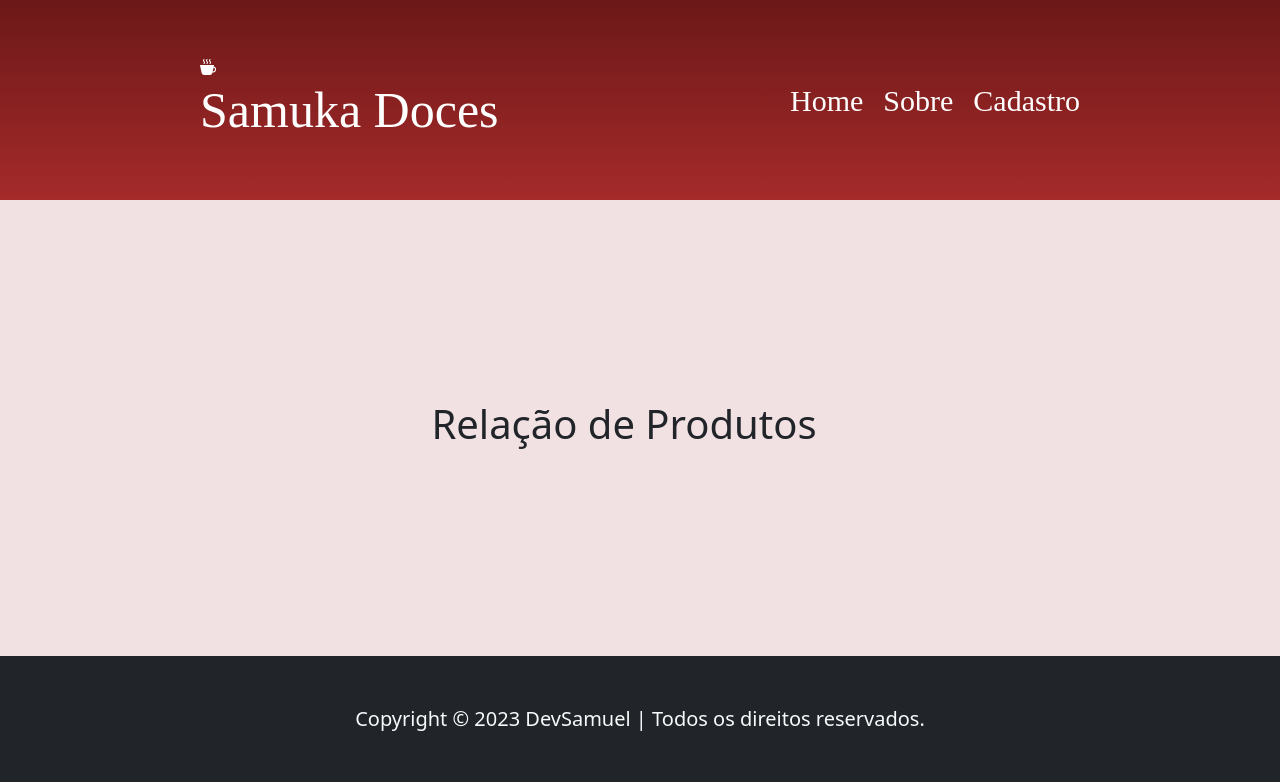
Repository: devsamuel23/github.io-doces_GIT
Page: /
An editor plug-in stored every save of this project. The page is shown before and after a run of saves, followed by the edit.
The browser window is 1280 px wide. The pictures show the whole page.
The page's requests for data from a server got no answer. The project was rebuilt for these pictures with package versions that can differ from the ones it lists, and the page was loaded fresh each time. No one was signed in, and anything a server would have sent is missing. Also part of the build but not shown: src/index.css, src/pages/Home/styles.css, src/pages/Sobre/index.js, src/pages/Cadastro/style.css, src/pages/Cadastro/index.js, src/pages/Erro/style.css, src/pages/Erro/index.js, src/pages/Produto/index.js.

Above is the page before, as saved 2023-04-14 21:34:26.

### public/index.html
<!DOCTYPE html>
<html lang="pt-br">
  <head>
    <meta charset="utf-8" />
    <link rel="icon" href="http://gg.gg/doceee" />
    <meta name="viewport" content="width=device-width, initial-scale=1" />


    <title>Samuka Doces</title>
  </head>
  <body>
    <noscript>You need to enable JavaScript to run this app.</noscript>
    <div id="root"></div>
  </body>
</html>

### src/index.js
import React from 'react';
import ReactDOM from 'react-dom/client';
import './index.css';
import App from './App';

const root = ReactDOM.createRoot(document.getElementById('root'));
root.render(

    <App />

);

### src/App.js
import RoutesApp from "./routes";


function App() {
  return (
          <RoutesApp />

  );
}

export default App;

### src/routes.js
import { BrowserRouter, Routes, Route } from "react-router-dom";

import Home from "./pages/Home";
import Sobre from "./pages/Sobre";
import Cadastro from "./pages/Cadastro";
import Erro from "./pages/Erro";
import Produto from "./pages/Produto";
import Vitrine from "./pages/Vitrine";
import Header from "./components/Header";
import Footer from "./components/Footer";

function RoutesApp() {
  return (
    <BrowserRouter>
      <Header />

      <Routes>
        <Route>
          {/* <Route path="/" element={<Home />} /> */}
          <Route path="/Sobre" element={<Sobre />} />
          <Route path="/" element={<Home />} />
          <Route path="/Cadastro" element={<Cadastro />} />
          <Route path="/Produto/:id" element={<Produto />} />


          <Route path="*" element={<Erro />} />
        </Route>
      </Routes>
      <Footer/>
    </BrowserRouter>
  );
}

export default RoutesApp;

### src/pages/Home/index.js
import React, { useEffect, useState } from "react";
import api from '../../services/api';
import './styles.css';

export default function Produtos() {
  const [produtos, setProdutos] = useState([]);

  useEffect(() => {
    api.get('/produtos')
       .then((response) => {
         console.log(response);
         setProdutos(response.data.slice(78, 86))
       })
      .catch((err) => {
        console.error("ops! ocorreu um erro : " + err);
      });
  }, []);

  return (
    <div className="produto-container">
      <h1>Relação de Produtos</h1>
      <ul>
        {produtos.map((produto) => (
          <li key={produto.id}>
            <b>Nome:</b> {produto.nome}<br />
            <b>Descrição:</b> {produto.descricao}<br />
            <b>Imagem:</b> {produto.imagem}<br />
            <img src={produto.imagem} alt={produto.nome} />
            <b>Preço:</b> {produto.preco}<br />
          </li>
        ))}
      </ul>
    </div>
  );
}

### src/components/Header/index.js
import { Link } from "react-router-dom";
import "./style.css";
import "bootstrap/dist/css/bootstrap.min.css";

function Header() {
  return (
    <header>
        <div className="logo">
      <svg
        xmlns="http://www.w3.org/2000/svg"
        width="16"
        height="16"
        fill="currentColor"
        className="bi bi-cup-hot-fill"
        viewBox="0 0 16 16"
      >
        <path
          fillRule="evenodd"
          d="M.5 6a.5.5 0 0 0-.488.608l1.652 7.434A2.5 2.5 0 0 0 4.104 16h5.792a2.5 2.5 0 0 0 2.44-1.958l.131-.59a3 3 0 0 0 1.3-5.854l.221-.99A.5.5 0 0 0 13.5 6H.5ZM13 12.5a2.01 2.01 0 0 1-.316-.025l.867-3.898A2.001 2.001 0 0 1 13 12.5Z"
        />
        <path d="m4.4.8-.003.004-.014.019a4.167 4.167 0 0 0-.204.31 2.327 2.327 0 0 0-.141.267c-.026.06-.034.092-.037.103v.004a.593.593 0 0 0 .091.248c.075.133.178.272.308.445l.01.012c.118.158.26.347.37.543.112.2.22.455.22.745 0 .188-.065.368-.119.494a3.31 3.31 0 0 1-.202.388 5.444 5.444 0 0 1-.253.382l-.018.025-.005.008-.002.002A.5.5 0 0 1 3.6 4.2l.003-.004.014-.019a4.149 4.149 0 0 0 .204-.31 2.06 2.06 0 0 0 .141-.267c.026-.06.034-.092.037-.103a.593.593 0 0 0-.09-.252A4.334 4.334 0 0 0 3.6 2.8l-.01-.012a5.099 5.099 0 0 1-.37-.543A1.53 1.53 0 0 1 3 1.5c0-.188.065-.368.119-.494.059-.138.134-.274.202-.388a5.446 5.446 0 0 1 .253-.382l.025-.035A.5.5 0 0 1 4.4.8Zm3 0-.003.004-.014.019a4.167 4.167 0 0 0-.204.31 2.327 2.327 0 0 0-.141.267c-.026.06-.034.092-.037.103v.004a.593.593 0 0 0 .091.248c.075.133.178.272.308.445l.01.012c.118.158.26.347.37.543.112.2.22.455.22.745 0 .188-.065.368-.119.494a3.31 3.31 0 0 1-.202.388 5.444 5.444 0 0 1-.253.382l-.018.025-.005.008-.002.002A.5.5 0 0 1 6.6 4.2l.003-.004.014-.019a4.149 4.149 0 0 0 .204-.31 2.06 2.06 0 0 0 .141-.267c.026-.06.034-.092.037-.103a.593.593 0 0 0-.09-.252A4.334 4.334 0 0 0 6.6 2.8l-.01-.012a5.099 5.099 0 0 1-.37-.543A1.53 1.53 0 0 1 6 1.5c0-.188.065-.368.119-.494.059-.138.134-.274.202-.388a5.446 5.446 0 0 1 .253-.382l.025-.035A.5.5 0 0 1 7.4.8Zm3 0-.003.004-.014.019a4.077 4.077 0 0 0-.204.31 2.337 2.337 0 0 0-.141.267c-.026.06-.034.092-.037.103v.004a.593.593 0 0 0 .091.248c.075.133.178.272.308.445l.01.012c.118.158.26.347.37.543.112.2.22.455.22.745 0 .188-.065.368-.119.494a3.198 3.198 0 0 1-.202.388 5.385 5.385 0 0 1-.252.382l-.019.025-.005.008-.002.002A.5.5 0 0 1 9.6 4.2l.003-.004.014-.019a4.149 4.149 0 0 0 .204-.31 2.06 2.06 0 0 0 .141-.267c.026-.06.034-.092.037-.103a.593.593 0 0 0-.09-.252A4.334 4.334 0 0 0 9.6 2.8l-.01-.012a5.099 5.099 0 0 1-.37-.543A1.53 1.53 0 0 1 9 1.5c0-.188.065-.368.119-.494.059-.138.134-.274.202-.388a5.446 5.446 0 0 1 .253-.382l.025-.035A.5.5 0 0 1 10.4.8Z" />
      </svg>
      <h2 className="Slogan">Samuka Doces</h2>
      </div>

      <div className="menu">
        <Link to="/">Home</Link>
        <Link to="/Sobre">Sobre</Link>
        {/* <Link to="/Vitrine">Vitrine</Link> */}
        <Link to="/Cadastro">Cadastro</Link>

      </div>
    </header>
  );
}

export default Header;

### src/components/Footer/index.js
import "./style.css"
import "bootstrap/dist/css/bootstrap.min.css";

function Footer() {
  return (
    <div className="bg-dark text-light text-center p-5" >
        Copyright © 2023 DevSamuel | Todos os direitos reservados.
    </div>
  )
}

export default Footer;

### src/services/api.js
import axios from 'axios';

const api = axios.create({
    baseURL :'https://63069afec0d0f2b8011f9944.mockapi.io/produtos/'
});

export default api;

### src/pages/Produto/styles.css
.produto-container{
    padding: 200px;
    display: flex;
    justify-content: center;
}
.produto-container div{
    flex-direction: column;
    margin-left: 200px;
}

### src/pages/Vitrine/style.css
body {
    background-color: #f2e1e2;
}

.vit {
    padding: 50px 200px;
}

.vit h1 {
    text-align: center;
    font-size: 70px;
    font-family: alex brush;
    text-shadow: rgb(175, 76, 76) 0.1em 0.1em 0.2em;
}

.container-vitrine {
    display: grid;
    grid-template-columns: repeat(4, 20%);
    grid-auto-rows: 300px;
    justify-content: center;
    margin-top: 60px;
}

.item-vitrine{
    display: block;
    overflow: hidden;
    width: 250px;
    height: 250px;
    border-width: 20px;
    border-style: solid;
    border-image: linear-gradient(0deg, #c05080, #bc827b) 1;
}

.item-vitrine img{
    width: 100%;
    height: 100%;
    object-fit: cover;
}
.img-sombra {
    box-shadow: 7px 7px 13px 10px rgba(20, 30, 40, 0.22);
}

.cards-vitrine{
    display: flex;
    flex-wrap: wrap;
}

.card {
    border-radius: 5px;
    box-shadow: 7px 7px 13px 0px rgb(170, 52, 52);
    padding: 30px;
    margin: 20px;
    width: 400px;
    transition: all 0.3s ease-out;
    justify-content: space-around;
}
.image{
    max-height: 250px;
    border-radius: 50%;
}
.card h2{
    font-weight: bold;
   text-align: center;
   padding: 30px 0;

}

.myButton {
	box-shadow: 3px 4px 0px 0px #899599;
	background:linear-gradient(to bottom, #ededed 5%, #bab1ba 100%);
	background-color:#ededed;
	border-radius:15px;
	border:1px solid #d6bcd6;
	display:inline-block;
	cursor:pointer;
	color:#3a8a9e;
	font-family:Arial;
	font-size:20px;
	padding:7px 25px;
	text-decoration:none;
	text-shadow:0px 1px 0px #e1e2ed;
}
.myButton:hover {
	background:linear-gradient(to bottom, #bab1ba 5%, #ededed 100%);
	background-color:#bab1ba;
}
.myButton:active {
	position:relative;
	top:1px;
}

### src/components/Header/style.css
* {
  margin: 0;
  padding: 0;
  box-sizing: border-box;
}

div .logo{
  width: 100%;
  height: 100px;
}
.Slogan{
    font-family: alex brush;
    font-size: 50px;
    width: auto;
    height: 100%;
    color: #FFF;
}
header{
  width: 100%;
  height: auto;
  background: rgb(165,42,42);
  background: linear-gradient(0deg, rgba(165,42,42,1) 0%, rgba(108,24,24,1) 100%);
  color: #FFF;

  display: flex;
  align-items: center;
  justify-content: space-between;
  padding: 50px 200px ;
}

header a{
  color: #FFF;
  font-size: 30px;
  font-family: alex brush;
  text-decoration: none;
}

header a + a{
  margin-left: 20px;
}

header a:hover{
  text-decoration: underline;
  color: #f2e1e2;
}

### src/components/Footer/style.css
div {
    font-size: 20px;
}

### src/pages/Vitrine/index.js
import React, { useEffect, useState } from "react";
import api from '../../services/api';
import './../Vitrine/style.css'
import { useNavigate } from "react-router-dom";


function Body (){

  const [produtos, setProdutos] = useState([]);
  useEffect(() => {
    api.get(`https://63069afec0d0f2b8011f9944.mockapi.io/produtos/`)
       .then((response) => {
         console.log(response);
         setProdutos(response.data.slice(78, 86))
      })
      .catch((err) => {
        console.error("ops! ocorreu um erro : " + err);
      });
  }, [ ]);

  const navigate = useNavigate();

  // function iniciar(productId) {
  //   navigate(`/produto/${productId}`);


  //   }

    function handleClick(event) {
      // Details button
      if (event.target.dataset.action === "details_btn") {
        const id = event.target.dataset.id;
        const produto = produtos.find((prod) => prod.id === id);
        navigate(`/produto/${produto.id}`)
      }
    }
    return(
      <>
        <div className="vit">
          <h1>Vitrine de Produtos</h1>


        <div className="container-vitrine">
          {produtos.map((produto) => (
          <span key={produto.id} className="item-vitrine">
            <img className="img-sombra" src={produto.imagem} alt={produto.nome} />
          </span>
        ))}
        </div>

        <div className="cards-vitrine">
        {produtos.map((produto) => (
        <div key={produto.id} className="card">
          <img className="image" src={produto.imagem} alt={produto.nome} />
          <h2>{produto.nome}</h2>
          <button className="myButton" data-id={produto.id} data-action="details_btn" onClick={handleClick}>
            Detalhes
          </button>
        </div>
        ))}
        </div>
        </div>
      </>
    );
  }

  export default Body;

After the next 2 saves:
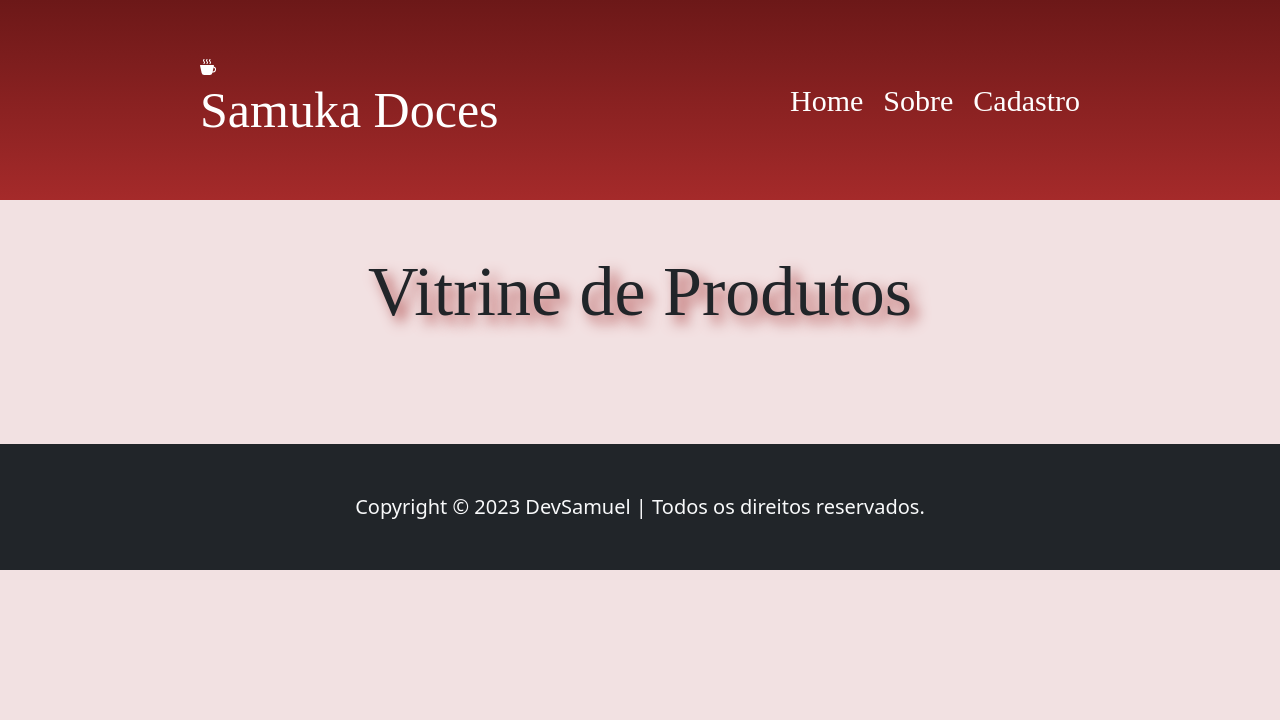
The 2 saves are shown as one change because they came seconds apart.
The last was saved 9 s later.
--- a/src/routes.js
+++ b/src/routes.js
@@ -18,7 +18,7 @@ function RoutesApp() {
         <Route>
           {/* <Route path="/" element={<Home />} /> */}
           <Route path="/Sobre" element={<Sobre />} />
-          <Route path="/" element={<Home />} />
+          <Route path="/" element={<Vitrine />} />
           <Route path="/Cadastro" element={<Cadastro />} />
           <Route path="/Produto/:id" element={<Produto />} />
 
